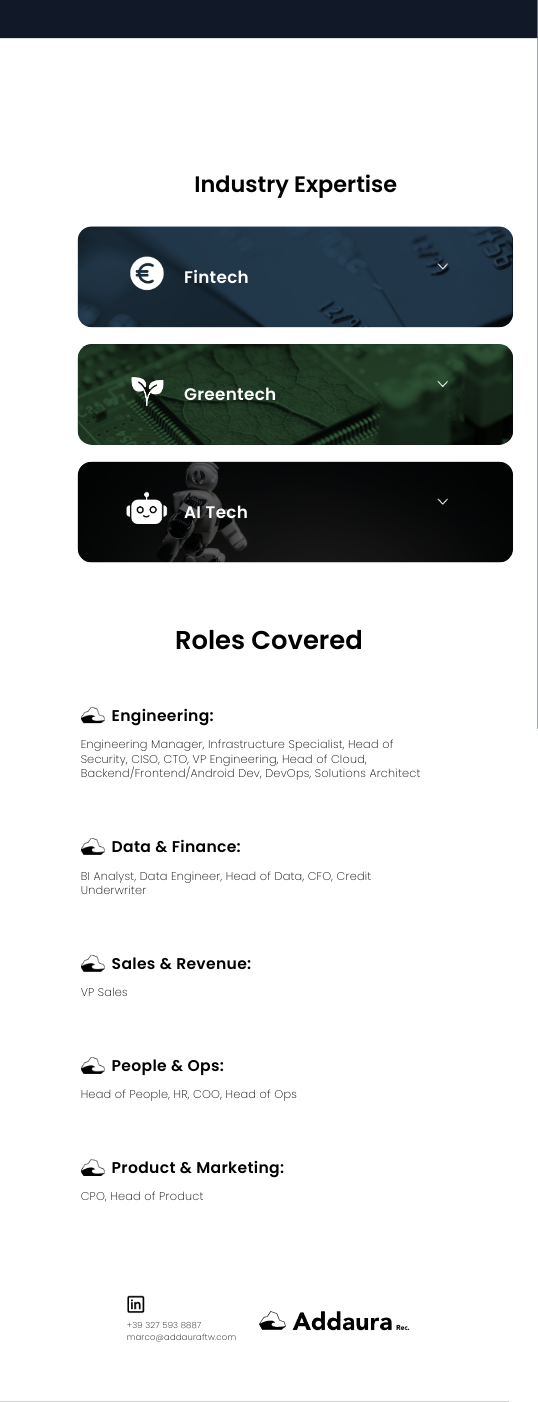
Repository: UnatPannu/Addaura-Trial
Page: public/services.html
These files come from the project's save history. The page is drawn as it stood at one moment and after the next save; the edit follows.
The browser window is 768 px wide. The pictures show the part of the page from y = 2951 to 5191 px (the page is 4954 px tall before and 5241 px after), at 70% of full size.
Backgrounds fixed to the window are drawn as part of the page.

Above is the page before, as saved 2025-09-22 19:17:59.

### public/services.html
<!DOCTYPE HTML>
<html>
    <head>
        <meta charset="UTF-8">
        <meta name="viewport" content="width=device-width, initial-scale=1.0">
        <link rel="preconnect" href="https://fonts.googleapis.com">
        <link rel="preconnect" href="https://fonts.gstatic.com" crossorigin>
        <link href="https://fonts.googleapis.com/css2?family=Montserrat:ital,wght@0,100..900;1,100..900&family=Poppins:ital,wght@0,100;0,200;0,300;0,400;0,500;0,600;0,700;0,800;0,900;1,100;1,200;1,300;1,400;1,500;1,600;1,700;1,800;1,900&display=swap" rel="stylesheet">
        <link rel="stylesheet" href="styles/styles.css">
        <link rel="stylesheet" href="styles/services.css">
        <title>Services - Addaura Rec</title>
        <link rel="icon" href="assets/Addaura-logo/rock.svg" media="(prefers-color-scheme: light)">
        <link rel="icon" href="assets/Addaura-logo/rock-dark.svg" media="(prefers-color-scheme: dark)">
    </head>
    <body class="services">
        <div class="top-section">
        <video src="https://si01k0cerpnzbf0t.public.blob.vercel-storage.com/Services/Services%20main%20video-GUBJT1TBDxPLIDiQvPfGhMswS9hNPV.mp4" autoplay muted loop></video>
        <header>
        <nav class="navbar" role="navigation" aria-label="Main navigation">
            <a href="index.html" class="mobile-logo">
                <img src="assets/Addaura-logo/logo.svg" alt="Addaura Logo" />
            </a>
                <button class="nav-toggle" aria-label="Toggle menu">
                    <span class="menu-icon"><img src="assets/Icons/nav-toggle.png"/></span>
                    <span class="close-icon"><img src="assets/Icons/nav-cross-white.png"/></span>
                </button>
            <div class="nav-menu">
                <ul class="nav-links">
                    <li><a href="index.html"><img src="assets/Addaura-logo/logo.svg" alt="Addaura Logo" id="nav-logo"/></a></li>
                    <li><a href="about-me.html">About Me</a></li>
                    <li id="active"><a href="services.html">Services</a></li>
                    <li><a href="clients.html">Clients</a></li>
                    <li><a href="contact.html">Contact</a></li>
                    <li><a href="#">Blog</a></li>
                    <li><a href="send-cv.html" id="cv-button">Send CV</a></li>
                </ul>
            </div>
        </nav>
        </header>
        <div class="hero-wrapper">
        <div class="hero-section center">
            <h1>Connecting Teams & Talent</h1>
            <h5>Purposeful hiring in Fintech, Greentech, and AI for <br/> the right roles and the right hires.</h5>
            <div class="cta">
                <a href="#get-in-touch"><button id="cta-btn">Get in touch</button></a>
            </div>
        </div>
        </div>
        </div>
        <div class="marquee-section">
            <div class="marquee">
                <ul class="marquee-content">
                <li>HUMAN CENTERED.</li>
                <li>AUTHENTIC.</li>
                <li>RADICALLY DIFFERENT.</li>
                </ul>
            </div>
        </div>
       <div class="for-teams-and-talent">
        <div class="left-panel">
            <div class="label" id="teams-label"><h6>For <br/>Teams</h6></div>
            <div class="label" id="talent-label"><h6>For <br/>Talent</h6></div>
        </div>
        <div class="right-panel">
            <div class="right-track">
            <div class="right-sticky">
            <div class="content-section" id="teams-content">
                <h3 class="mobile-heading">For Teams</h3>
                    <h5>Modern hiring, done with precision.</h5>
                    <p id="intro-p">I help you build teams <b>across Europe</b>, with strong networks in Scandinavia, Germany, & the Netherlands. Addaura’s hiring approach is always aligned to your <b>culture</b>, <b>structure</b>, & <b>goals</b>.</p>
                    <a href="contact.html" class="mobile-link"><p>Get in touch</p></a>
                    <div class="sections-container">
                        <div class="section">
                            <h5>Volume Hiring<div class="mobile-drop-arrow"><img src="assets/Icons/down-arrow.png"/></div></h5>
                            <p class="mobile-subheading">For fast-scaling teams or multi-role hiring.</p>
                            <div class="mobile-dropdown">
                            <p>Best for fast-scaling teams or multi-role hiring.
                                <ul>
                                    <li>End-to-end recruitment for 3+ roles</li>
                                    <li>Deep alignment with hiring managers</li>
                                    <li>Full-cycle support: sourcing → onboarding</li>
                                    <li>Post-placement check-ins to ensure retention</li>
                                </ul>
                            </p>
                            </div>
                        </div>
                        <div class="section">
                            <h5>Talent Sourcing<div class="mobile-drop-arrow"><img src="assets/Icons/down-arrow.png"/></div></h5>
                            <p class="mobile-subheading">I help you find the right people.</p>
                            <div class="mobile-dropdown">
                            <p>You run the process — I help you find the right people.
                                <ul>
                                    <li>Relevant, pre-screened candidates delivered to your inbox</li>
                                    <li>You handle the process on your terms</li>
                                    <li>Lean and cost-efficient — no fluff</li>
                                </ul>
                            </p>
                            </div>
                        </div>
                            <div class="section">
                            <h5>Spot Hiring<div class="mobile-drop-arrow"><img src="assets/Icons/down-arrow.png"/></div></h5>
                            <p class="mobile-subheading">For urgent, high-impact, or niche roles.</p>
                            <div class="mobile-dropdown">
                            <p>For urgent, high-impact, or niche roles.
                                <ul>
                                    <li>Swift, accurate sourcing</li>
                                    <li>Ideal for confidential or time-sensitive searches</li>
                                    <li>Process handled from sourcing to signed offer</li>
                                </ul>
                            </p>
                            </div>
                        </div>
                    </div>
                </div>
            <div class="talent-content-wrapper">
            <div class="content-section" id="talent-content">
                <h3 class="mobile-heading">For Talent</h3>
                    <h5>Find a role that matches your purpose.</h5>
                    <p id="intro-p">I only work with <b>real companies</b> that have a signed agreement in place. Every opportunity is vetted, and <b>I’m upfront</b> when it’s just a discovery call.</p>
                    <p><a href="send-cv.html" class="mobile-link">Send your CV</p></a>
                    <div class="section-division">
                        <div class="section">
                            <h5>What to expect</h5>
                            <ul>
                                <li>Clear job descriptions and expectations</li>
                                <li>Timely feedback</li>
                                <li>Support on salary, culture, and decision-making</li>
                                <li>Full transparency at every step</li>
                                <li>After-placement follow-ups</li>
                            </ul>
                        </div>
                        <div class="section" id="section-2">
                            <ul>
                                <li><h5><b>1:2 CV to interview</b><br/>(for developers)</h5></li>
                                <li><h5><b>1:1 CV to hire</b><br/>(Engineering hires in last 6 months)</h5></li>
                                <li><h5><b>100% offer acceptance</b></h5></li>
                            </ul>
                        </div>
                    </div>
                </div>
                </div>
                </div>
          </div>
        </div>
        </div>
        <div class="industry-expertise">
                <div class="images-section">
                    <img src="assets/Services/industry.png"/>
                </div>
                <div class="section-content">
                <h3>Industry Expertise</h3>
                <div class="sections-container">
                <div class="industry-section">
                    <div class="mobile-header">
                        <img class="mobile-icon" src="assets/Services/fintech icon.png"/><h4>Fintech</h4><div class="mobile-drop-arrow"><img src="assets/Icons/down-arrow.png"/></div>
                    </div>
                    <h4 class="desktop-header">Fintech</h4>
                    <div class="mobile-dropdown">
                        <p>Open Banking, POS, Embedded Finance, and SaaS platforms. We've built engineering, product, and commercial teams for names like <a href="clients.html"><b>Flatpay</b>, <b>Ratepay</b>, <b>PayComplete</b>, <b>Treyd</b>, <b>Centevo</b></a>, and more.</p>
                    </div>
                </div>
                <div class="industry-section">
                    <div class="mobile-header">
                        <img class="mobile-icon" src="assets/Services/greentech icon.png"/><h4>Greentech</h4><div class="mobile-drop-arrow"><img src="assets/Icons/down-arrow.png"/></div>
                    </div>
                    <h4 class="desktop-header">Greentech</h4>
                    <div class="mobile-dropdown">
                        <p>We partner with companies tackling the climate crisis through technology – with a specialty in BESS, FER and Space tech. Roles built around purpose.</p>
                    </div>
                </div>
                <div class="industry-section">
                    <div class="mobile-header">
                        <img class="mobile-icon" src="assets/Services/AI Tech Icon.png"/><h4>AI Tech</h4><div class="mobile-drop-arrow"><img src="assets/Icons/down-arrow.png"/></div>
                    </div>
                    <h4 class="desktop-header">AI Tech</h4>
                    <div class="mobile-dropdown">
                        <p>All things recruitment for LLM, fine-tuning, Reinforcement Learning, CUDA and general AI native platforms. Talking to the top 10% AI engineers and researchers on the planet with proven track record in ICML, ICLR and NeurIPS publications.</p>
                    </div>
                </div>
                </div>
            </div>
        </div>
                <div class="roles-covered">
                <h2>Roles Covered</h2>
                <div class="roles-container">
                    <div class="role">
                        <div class="role-heading">
                       <img src="assets/Addaura-logo/rock.svg">
                       <h4>Engineering: </h4>
                       </div>
                       <p>Engineering Manager, Infrastructure Specialist, Head of Security, CISO, CTO, VP Engineering, Head of Cloud, Backend/Frontend/Android Dev, DevOps, Solutions Architect</p>
                    </div>
                    <div class="role">
                        <div class="role-heading">
                       <img src="assets/Addaura-logo/rock.svg">
                       <h4>Data & Finance:  </h4>
                       </div>
                       <p>BI Analyst, Data Engineer, Head of Data, CFO, Credit Underwriter</p>
                    </div>
                    <div class="role">
                        <div class="role-heading">
                       <img src="assets/Addaura-logo/rock.svg">
                        <h4>Sales & Revenue: </h4>
                        </div>
                        <p>VP Sales</p>
                    </div>
                    <div class="role">
                        <div class="role-heading">
                       <img src="assets/Addaura-logo/rock.svg">
                       <h4>People & Ops: </h4>
                       </div>
                       <p>Head of People, HR, COO, Head of Ops</p>
                    </div>
                    <div class="role">
                        <div class="role-heading">
                       <img src="assets/Addaura-logo/rock.svg">
                        <h4>Product & Marketing:</h4>
                        </div>
                        <p>CPO, Head of Product</p>
                    </div>
                </div>
            </div>
        <footer>
            <div class="contact-info">
                <div class="footer-logos">
                    <a href="http://linkedin.com/in/marco-mannino-053960225"><img src="assets/Footer/linkedin-icon.png" alt="Linkedin"/></a>
                </div>
                <p>+39 327 593 8887</p>
                <p>marco@addauraftw.com</p>
            </div>
            <img src="assets/Addaura-logo/logo-black.svg" alt="Addaura" id="Addaura-logo"/>
        </footer>
        <script src="scripts/script.js"></script>
        <script src="scripts/services.js"></script>
    </body>
    </html>

### public/styles/services.css
/*Top Section*/
.services .top-section video{
  opacity:0.6;
}
.services .industry-expertise .section-content p{
  width:80%;
}
.services .industry-expertise .section-content a{
  text-decoration:none;
}
.services .hero-section .cta{
  margin-top:5%;
}
/*Industry Expertise*/
.industry-expertise {
  display: flex;
  align-items: center;
  position: relative;
  overflow: hidden;
  height: 100vh; /* parallax section height */
  justify-content: center;
}
.images-section {
  flex: 1;
  height: 100vh;
  background-image: url("your-image.jpg");
  background-size: contain;     /* or cover if you want full fill */
  background-position: left center;
  background-repeat: no-repeat;
  background-attachment: fixed; /* 🔥 parallax feel */
}
.images-section img {
  width: 100%;
  height: 100%;
  object-fit: contain;       /* ✅ show full image */
  object-position: left;     /* ✅ stick to left side */
  display: block;
  transform: translateY(var(--parallax-offset, 0));
  transition: transform 0.1s linear;
}
.industry-expertise .section-content{
    width:60%;
    margin-left:10%;
    z-index:2;
}
.industry-expertise .section-content h3{
  margin-bottom:1.75rem;
}
.industry-expertise .section-content h4{
  margin-bottom:0.5rem;
}
.industry-expertise .section-content p{
  margin-bottom:1.5rem;
  font-weight:300;
}
/*Roles Covered*/
.roles-covered{
  height:100vh;
  width:100vw;
}
.roles-covered h2{
  margin: 12% 15%;
  margin-bottom:3%;
}
.roles-container{
  display: grid;
  grid-template-columns: repeat(2, 1fr); /* 2 equal columns */
  grid-auto-rows: auto;   /* 3 rows that size to content */
  gap: 50px;
  width:80%;
  margin-left:15%;
}
.role{
  margin-bottom:5%;
  width:80%;
  height:auto;
  justify-content: center;
}
.role p{
  margin-top:3%;
  line-height:1.5;
}
.role-heading {
  display: flex;
  flex-direction:row;
}
.role-heading img{
  width:7%;
  margin-right:2%;
  margin-bottom:1%;
}
/*For Teams and Talent*/
.for-teams-and-talent {
  display: flex;
  width: 100vw;
  height: 100vh; /* total scroll space */
  gap:3rem;
}
.for-teams-and-talent h5{
  font-size: clamp(0.95rem, 1vw, 1.12rem);
  letter-spacing:0.2px;
}
.mobile-drop-arrow img{
  display:none;
}
.left-panel {
  position: sticky;
  top: 0;
  height: 100vh; /* stays fixed in view */
  width: 20%;
  display: flex;
  flex-direction: column;
  justify-content: center;
  gap: 45%;
  align-items: flex-start;
  padding-left: 5rem;
  line-height:0.8rem;
}
.right-panel {
  flex: 1;
  display: flex;
  flex-direction: column;
  width: 95%;
  position: relative;
}
.teams-section,
.talent-section {
  height: 100vh; /* each takes one screen */
  padding: 2rem;
  position: relative;
}
.label h6 {
  font-size: clamp(0.7rem, 0.7vw, 0.81rem);
  font-weight: var(--semi-bold);
  transition: transform 0.4s ease, font-weight 0.4s ease;
  opacity: 1;
  transform-origin: left center;
}
.label.active h6 {
  transform: scale(2);
}
.right-panel .sections-container {
  display: flex;
  flex-direction: row;
  gap: 3%;
  width:115%;
  margin-top:5%;
  margin-left:-4%;
}
.right-panel .section {
  width: 35%;
  background-color: #111827;
  border-radius: 40px;
  color: white;
  border: solid 2px #111827;
  padding: 4% 4%;
}
.mobile-heading{
  display:none;
}
.right-panel .section h5 {
  white-space: nowrap;
  margin-bottom: 8%;
}
.right-panel .section ul {
  margin-top: 8%;
  font-weight:var(--light-weight);
}
.right-panel .sections-container ul{
    padding-left:15%;
}
.mobile-link{
  display:none;
}
.content-section {
  position: absolute;
  top: 15%;
  left: 0%;
  width: 80%;
  opacity: 0;
  transform: translateY(30px);
  transition: opacity 0.40s cubic-bezier(.77,0,.18,1),
    transform 0.50s cubic-bezier(.77,0,.18,1);
  min-height: 100vh;
  z-index: 0;
}
.content-section p,
.content-section li {
  font-size: clamp(0.7rem, 0.7vw, 0.81rem);
}
.content-section h5,
.content-section p {
  margin-bottom: 2.5%;
}
.content-section.active {
  opacity: 1;
  transform: translateY(0);
  z-index: 1;
  transition-delay: 0s;
  z-index: 2;
}
.section-division{
  display:flex;
  flex-direction:row;
  gap:2rem;
  margin-left:-2.5%;
}

.section-division .section{
  background-color:white;
  color:black;
  border:none;
  width:40%;
}
.section-division .section h5{
  white-space:normal;
}
.section-division .section li{
  margin-bottom:5%;
}
.section-division #section-2{
  background-color: #111827;
  border:2px solid #111827;
  color:white;
  height:fit-content;
  padding-top:2%;
  margin-top:5%;
  padding-inline:5%;
  padding-left:7%;
}
.section-division #section-2 h5{
  font-weight:var(--light-weight);
  line-height:1.3rem;
}
.mobile-header{
  display:none;
}
.mobile-subheading{
  display:none;
}
/*Mobile and Tablet Styles*/
@media (max-width:1024px){
  body{
    width:100vw;
    overflow-x:hidden;
  }
    .services .hero-wrapper{
        min-height:100vh;
        width:100vw;
    }
    .services .hero-section h1 {
        line-height: 1.1;
        max-width: 75%;
        margin: 0 auto;
        text-align: center;
        white-space: normal;
    }
    .services .hero-section h5{
        margin-top:2%;
        width:65% !important;
    }
    .for-teams-and-talent .right-panel{
        transform:scale(0.75);
        width:100%;
    }
    .for-teams-and-talent .left-panel{
        padding-left:8%;
        width:15%;
    }
    .for-teams-and-talent .content-section{
        width:100%;
    }
    .for-teams-and-talent .sections-container{
        width:115%;
    }
    .for-teams-and-talent .section h4{
        font-size: clamp(18px, 2.2vw, 30px);
        line-height: 1.3;
        letter-spacing: 0.02em;
        font-family: "Poppins", sans-serif;
        font-weight: var(--semi-bold);
    }
}

/*Mobile Only*/
@media(max-width:768px){
    .services .hero-section h1 {
    font-size: clamp(48px, 8vw, 110px);
  }
  .services .hero-section h5{
    width:78%;
  }
  .for-teams-and-talent{
    width:100vw;
    overflow:hidden;
    margin-left:0;
    padding-left:0;
    height: auto;
  }
  .for-teams-and-talent .left-panel{
    display:none;
  }
  .for-teams-and-talent .right-panel{
    margin-left:0 !important;
    padding-left:0 !important;
    width:100vw;
    text-align:center;
    position: static;
    justify-content:center;
    align-items:center;
  }
.for-teams-and-talent .sections-container {
    width: 100% !important;
    padding: 0 !important;
    margin-left:0.5%;
    box-sizing: border-box;
    display: flex !important;
    flex-direction: column !important;
    gap: 10px !important;
    justify-content:center;
    align-items:center;
  }
  .for-teams-and-talent .content-section{
    position: static !important;
        opacity: 1 !important;        /* Make sure all are visible */
    width: 100vw;
    min-height: auto;
    margin-bottom: 2rem;
    z-index: 1;
    transition: none !important;  /* Remove transitions, not needed when stacked */
    display: block;
  }
  .for-teams-and-talent .section{
    height:30%;
    width:100%;
    margin-inline:5%;
    border-radius:20px;
    text-align: left;
    padding:7%;
  }
  .for-teams-and-talent .section p, .for-teams-and-talent .section ul li{
    font-size: clamp(20px, 2.3vw, 32px);
  }
  .section ul li{
    margin-left:-5%;
  }
#talent-content::before {
  content: "";
  position: absolute;
  top: 0; bottom: 0;
  left: -50vw;
  right: 0;
  background-color: #111827;
  z-index: -1; /* behind content */
  width: 200vw;
  margin-left: calc(-50vw + 50%);
}
#teams-content{
  margin-top:-50%;
}
#talent-content{
  color:white;
  padding-block:15%;
  margin-top:20%;

}

  .roles-container{
    display:flex;
    flex-direction:column;
  }
  .roles-covered h2{
    margin-bottom:10%;
    text-align:center;
  }
  .mobile-heading{
    display:block;
    text-align:center;
    margin-bottom:8%;
    font-size:clamp(38px, 4.8vw, 69px);
  }
  .mobile-drop-arrow img{
    display:block;
    width:5%;
    margin-right:5%;
    margin-left:90%;
    margin-top:-5%;
  }
  .mobile-subheading{
    font-size: clamp(20px, 2.3vw, 32px);
    padding-right:20%;
    margin-top:0;
    padding-top:0;
  }
  .mobile-subheading{
    display:block;
  }
  .content-section h5{
    font-size: clamp(22px, 2.5vw, 34px);
    width:100%;
    margin-bottom:6%;
  }
  .content-section #intro-p{
    width:90%;
    margin-inline:auto;
    margin-bottom:10%;
    font-size: clamp(20px, 2.3vw, 32px);
  }
  .images-section{
    display:none;
    transform:0.2s ease;
  }
  .section-division{
    flex-direction: column;
    gap:1rem;
  }
  #talent-content .section{
    background-color:#244366;
    color:white;
    padding-inline:10%;
  }
  #talent-content .section ul{
        padding-left:15%;
  }
.mobile-dropdown {
    max-height: 0;
    overflow: hidden;
    transition: max-height 0.4s cubic-bezier(.77,0,.18,1);
    margin-top:10px;
  }
  .section.expanded .mobile-subheading{
    display:none;
  }
  .section.expanded .mobile-drop-arrow img {
  transform: rotate(180deg);
  transition: transform 0.2s ease;
}
.mobile-link{
  display:block;
    margin-bottom:10%;
}
.mobile-link p{
  font-weight:var(--semi-bold);
  font-size: clamp(20px, 2.3vw, 32px);
}
#talent-content .mobile-link{
  color:white;
  font-weight:var(--semi-bold);
  font-size: clamp(20px, 2.3vw, 32px);
}
.industry-expertise{
  width:100vw;
  margin-left:0;
  height:auto;
  margin-top:-20vh;
}
.industry-expertise .section-content{
  width:100vw;
  align-items:center;
  justify-content: center;
}
.industry-expertise h3{
  white-space:nowrap;
  text-align:center;
}
.industry-expertise .sections-container{
  width:100%;
  align-items:center;
  justify-content: center;
  margin-inline:auto;
  display:flex;
  flex-direction: column;
  gap:1rem;
}
.industry-expertise .industry-section{
  width:90%;
  margin-inline:auto;
  border-radius:20px;
  color:white;
  background-color: #111827;
  padding:5% 10%;
  background-size:cover;
  background-position:center center;
  position: relative;
  overflow: hidden;
  z-index:100;
}
.industry-section::before {
  content: "";
  position: absolute;
  top: 0; left: 0; right: 0; bottom: 0;
  background-color: rgba(0, 0, 0, 0.6); /* black overlay with 40% opacity, adjust alpha as needed */
  pointer-events: none; /* let clicks go through */
  border-radius: inherit; /* match border radius if any */
}
.industry-section > * {
  position: relative;
  z-index: 2; /* bring all direct children above overlay */
}
.industry-section:nth-child(1){
  background-image:url('../assets/Services/industry-1.png');
}
.industry-section:nth-child(2){
  background-image:url('../assets/Services/industry-2.png');
}
.industry-section:nth-child(3){
  background-image:url('../assets/Services/industry-3.png');
}
.industry-expertise .industry-section p{
  width:100% !important;
  font-weight:var(--light-weight);
}
.industry-expertise .industry-section b{
  color:white;
}
.mobile-icon{
  display:block;
  width:12%;
  object-fit: contain;
}
.mobile-header{
  display:flex;
    align-items:center;
}
.mobile-header h4{
  margin-left:5%;
  margin-top:5%;
  white-space:nowrap;
  font-size: clamp(24px, 2.2vw, 36px);
}
.mobile-header .mobile-drop-arrow img{
  display:block;
  width:15px;
  object-fit:contain;
  position:absolute;
  right:0%;
  top:65%;
}
.industry-section .desktop-header{
  display:none;
}
  .mobile-dropdown {
    max-height: 0;
    overflow: hidden;
    transition: max-height 0.4s cubic-bezier(.77,0,.18,1);
    margin-top: 10px;
  }
  .industry-section.expanded .mobile-drop-arrow img {
    transform: rotate(180deg);
    transition: transform 0.2s ease;
  }
  footer
}

/*Tablet Only*/
@media (min-width: 769px) and (max-width: 1024px) {
    .services .hero-section h1 {
        font-size: clamp(28px, 4vw, 56px);
    }
}

Loaded but not shown: public/scripts/services.js (167 lines, source omitted); public/scripts/script.js (87 lines, source omitted); public/styles/styles.css (1166 lines, source omitted)

After the next save:
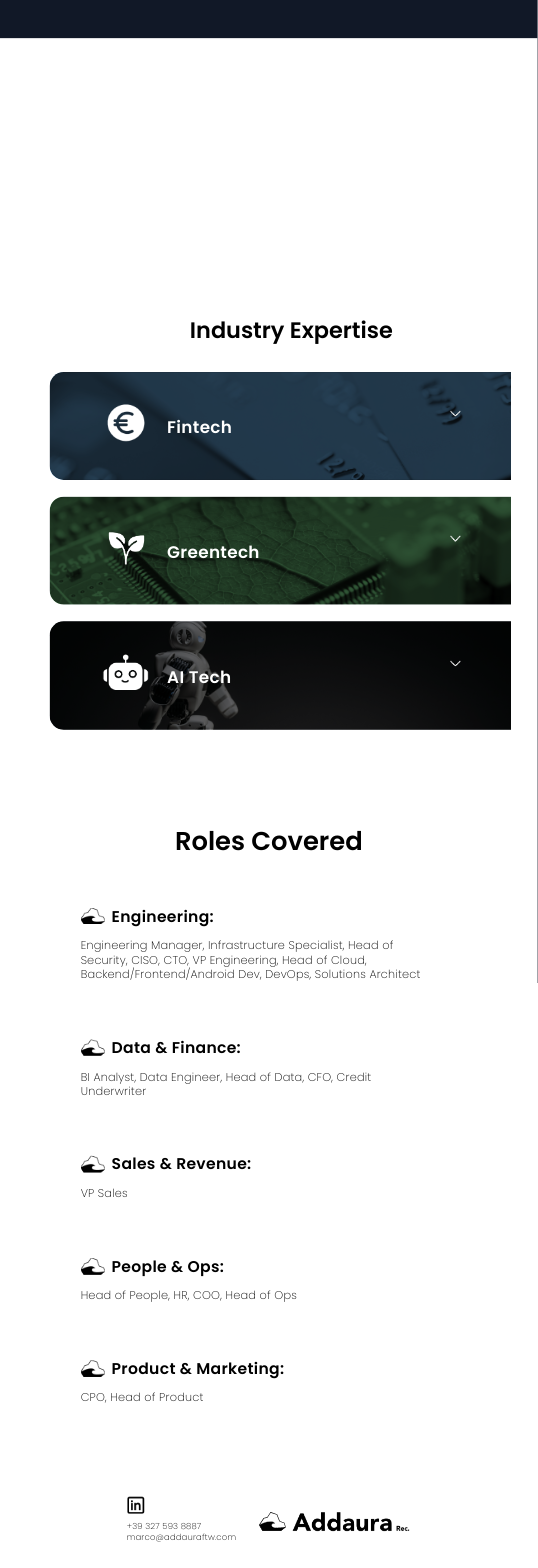
Saved 2 min 23 s later.
--- a/public/styles/services.css
+++ b/public/styles/services.css
@@ -449,10 +449,17 @@
   font-size: clamp(20px, 2.3vw, 32px);
 }
 .industry-expertise{
-  width:100vw;
-  margin-left:0;
-  height:auto;
-  margin-top:-20vh;
+  width: 90%;               /* or 80% or your preferred max width */
+  max-width: 1200px;        /* optional max width for large screens */
+  margin: 0 auto;           /* centers the section horizontally */
+  display: flex;
+  flex-direction: column;   /* stack children vertically if needed */
+  align-items: center;      /* center children horizontally */
+  justify-content: center;  /* center children vertically if height set */
+  position: relative;
+  overflow: hidden;
+  height: auto;             /* adjust if 100vh is too tall */
+  padding: 2rem 1rem;       /* optional padding */
 }
 .industry-expertise .section-content{
   width:100vw;
